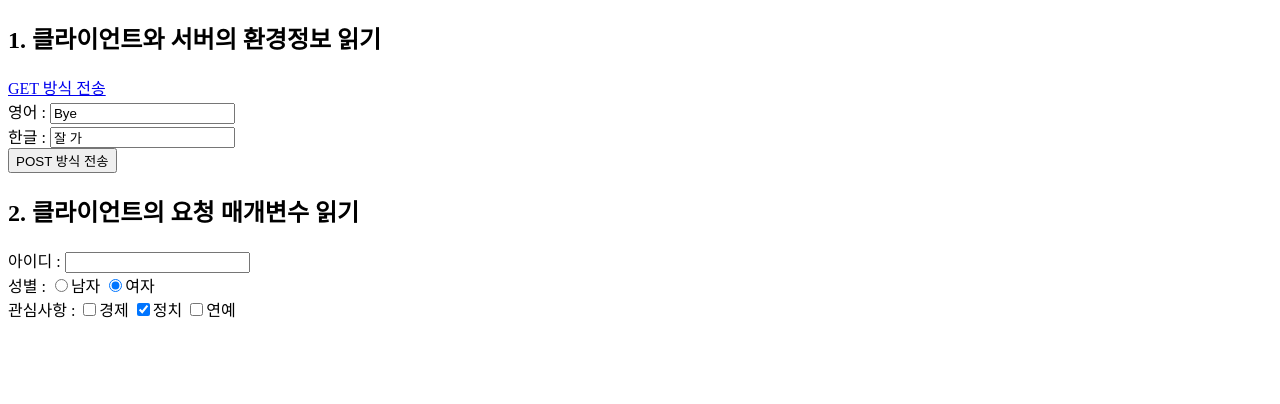
Repository: devgolol/JSP-_Servlet
Page: http://localhost/MustHaveJSP/02ImplicitObject/RequestMain.jsp
The author's editor kept a copy of each file at every save. The page is drawn from the files as they stood at one save, then again after the next save.
The browser window is 1280 px wide. The pictures show the whole page.
The page is served by Tomcat 10.

Above is the page before, as saved 2025-05-02 05:47:54.

After the next save:
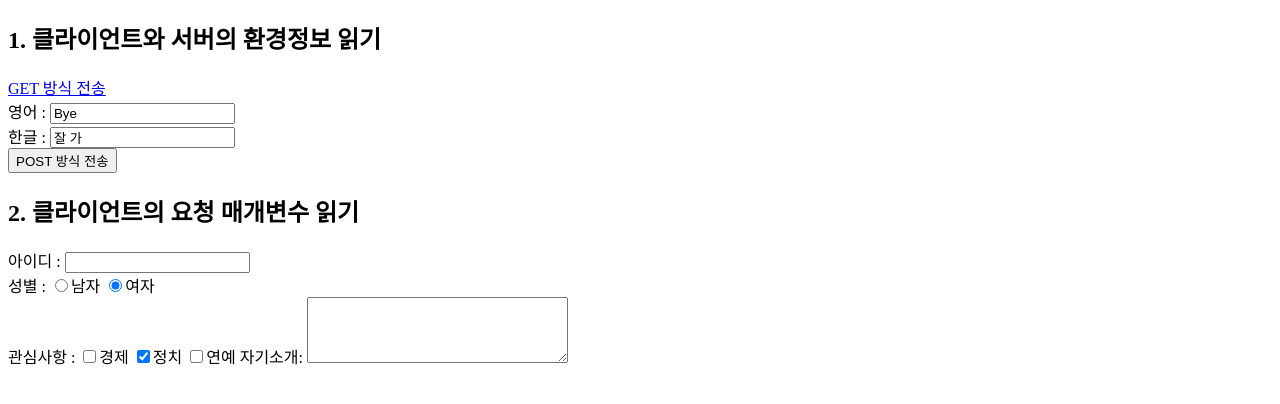
Saved 19 s later.
--- a/MustHaveJSP/src/main/webapp/02ImplicitObject/RequestMain.jsp
+++ b/MustHaveJSP/src/main/webapp/02ImplicitObject/RequestMain.jsp
@@ -31,6 +31,8 @@
 	<input type="checkbox" name=favo value="eco"/>경제
 	<input type="checkbox" name=favo value="pol" checked="checked"/>정치
 	<input type="checkbox" name=favo value="ent"/>연예
+	자기소개:
+	<textarea rows="4" cols="30"></textarea>
 
 
 
